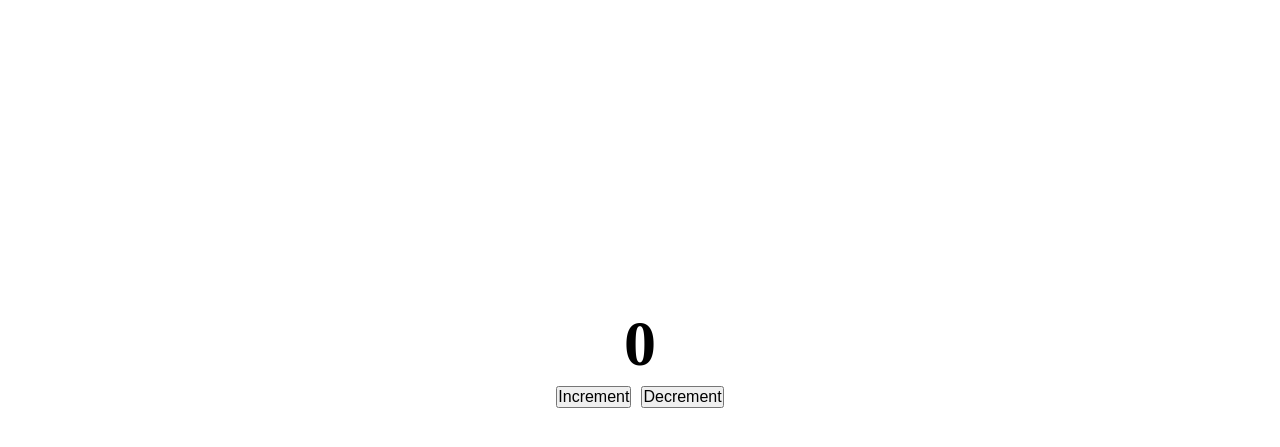
Repository: Ellisvelandia/react_introduction_test
Page: /
The author's editor kept a copy of each file at every save. The page is drawn from the files as they stood at one save, then again after the next save.
The browser window is 1280 px wide. The pictures show the whole page.
The project was rebuilt for these pictures with package versions that can differ from the ones it lists, and the page was loaded fresh each time. Also part of the build but not shown: src/index.css.

Above is the page before, as saved 2022-08-15 19:47:19.

### src/App.js
import "./App.css";
import React, { useState } from "react";

const App = () => {
  const [num, changeNum] = useState(0);

  const incrementNum = () => {
    changeNum(num + 2);
  };

  const decrementNum = () => {
    if (num - 1 < 0) {
      alert(`you can't decrease than 0`);
    } else {
      changeNum(num - 2);
    }
  };

  return (
    <>
      <div className="container">
        <h1>{num}</h1>
        <button onClick={incrementNum}><span className="mas">Increment</span></button>
        <button onClick={decrementNum}>Decrement</button>
      </div>
    </>
  );
};

export default App;

### src/App.css
* {
  margin: 0;
  padding: 0;
  box-sizing: border-box;
}

body {
  width: 100%;
  height: 100vh;
  display: flex;
  justify-content: center;
  align-items: center;
  flex-direction: column;
}

.container {
  align-self: center;
}

h1 {
  text-align: center;
  font-size: 4rem;
}

button {
  font-size: 1rem;
  margin: 5px;
}

Loaded but not shown: public/index.html (common file); src/index.js (common file); src/reportWebVitals.js (common file)

After the next save:
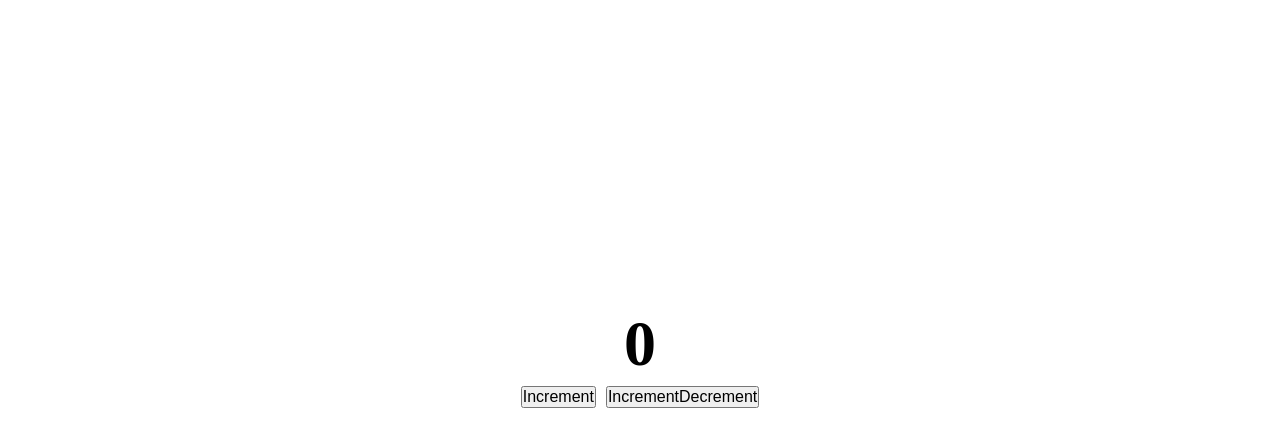
Saved 15 s later.
--- a/src/App.js
+++ b/src/App.js
@@ -21,7 +21,7 @@
       <div className="container">
         <h1>{num}</h1>
         <button onClick={incrementNum}><span className="mas">Increment</span></button>
-        <button onClick={decrementNum}>Decrement</button>
+        <button onClick={decrementNum}><span className="mas">Increment</span>Decrement</button>
       </div>
     </>
   );

After the 3 saves that followed:
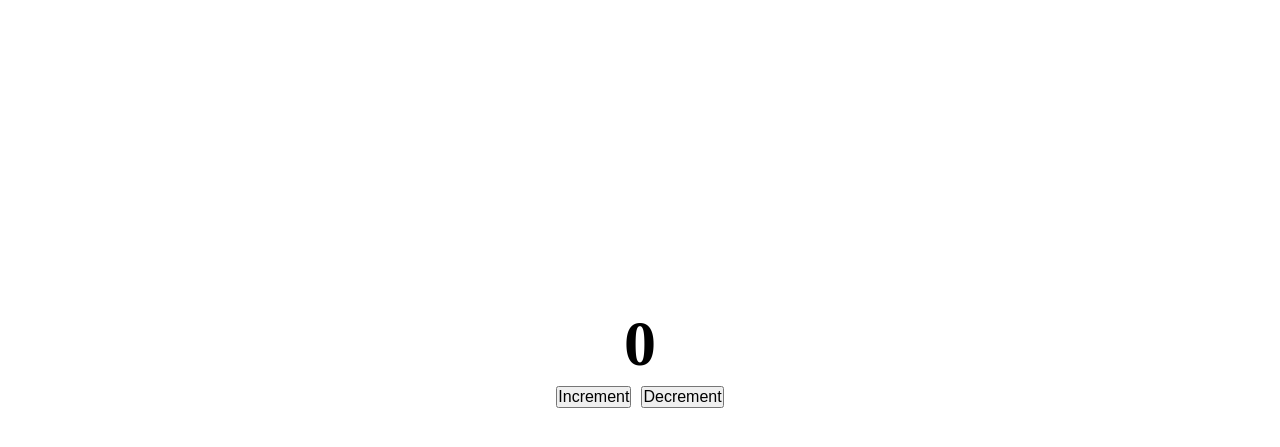
The 3 saves are shown as one change because they came seconds apart.
The last was saved 12 s later.
--- a/src/App.js
+++ b/src/App.js
@@ -21,7 +21,7 @@
       <div className="container">
         <h1>{num}</h1>
         <button onClick={incrementNum}><span className="mas">Increment</span></button>
-        <button onClick={decrementNum}><span className="mas">Increment</span>Decrement</button>
+        <button onClick={decrementNum}><span className="mas">Decrement</span></button>
       </div>
     </>
   );
